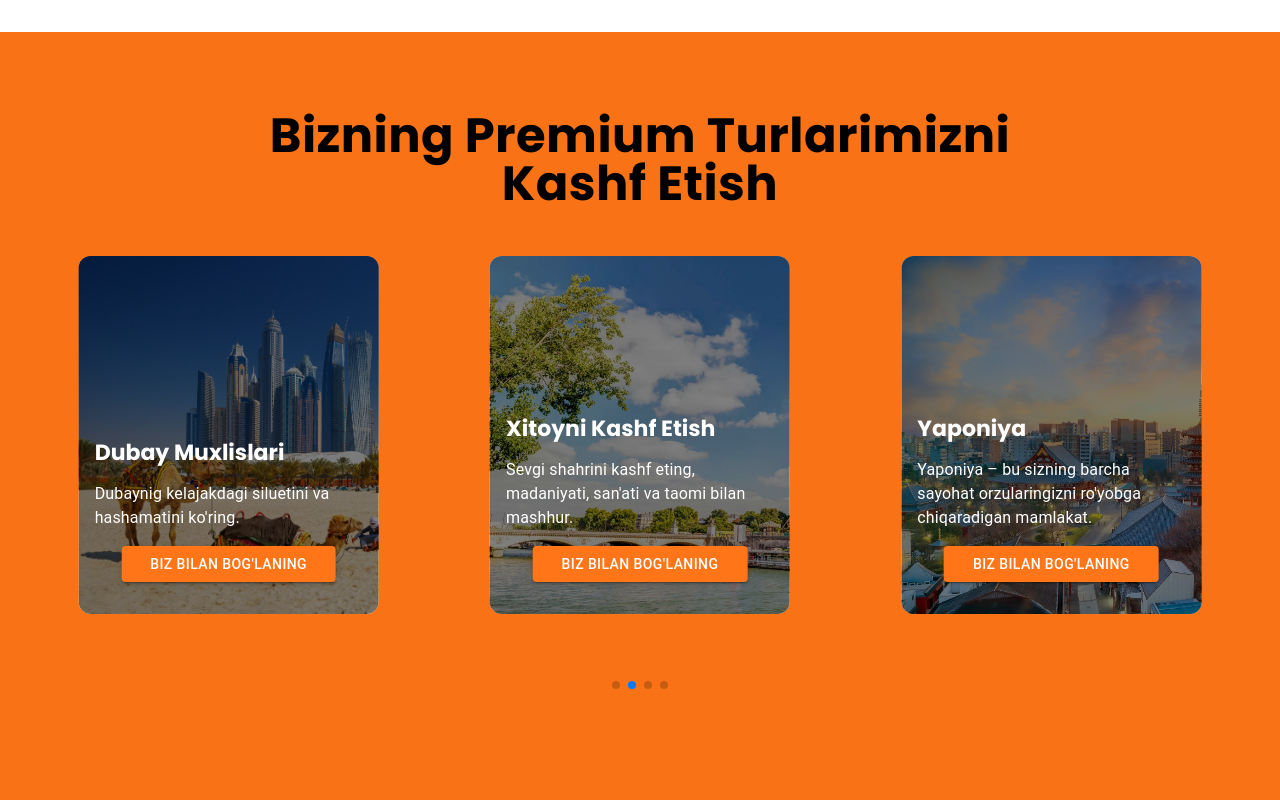
Repository: OgabekErkinov/i-am-tourist
Page: /
These files come from the project's save history. The page is drawn as it stood at one moment and after a run of saves; the edit follows.
The browser window is 1280 px wide. The pictures show the whole page.
The project was rebuilt for these pictures with package versions that can differ from the ones it lists, and the page was loaded fresh each time. Also part of the build but not shown: vite.config.js, src/components/navbar/LightDarkButton.jsx, src/I18/i18.js, src/components/navbar/languages/LanguageButton.jsx, src/components/navbar/NavbarItem.jsx, src/components/navbar/SocialNetworks.jsx, src/components/navbar/Logo.jsx, src/components/navbar/SectionsLinks.jsx and 7 more.

Above is the page before, as saved 2024-12-24 15:52:28.

### index.html
<!doctype html>
<html lang="en">
  <head>
    <meta charset="UTF-8" />
    <link rel="icon" type="image/svg+xml" href="https://www.ifly.com.uz/assets/logo-BPA5zOgc.png" />
    <meta name="viewport" content="width=device-width, initial-scale=1.0" />
    <link rel="preconnect" href="https://fonts.googleapis.com">
    <link rel="preconnect" href="https://fonts.gstatic.com" crossorigin>
    <link href="https://fonts.googleapis.com/css2?family=Poppins:ital,wght@0,100;0,200;0,300;0,400;0,500;0,600;0,700;0,800;0,900;1,100;1,200;1,300;1,400;1,500;1,600;1,700;1,800;1,900&display=swap" rel="stylesheet">
    <title>iFLY.com</title>
  </head>
  <body>
    <div id="root"></div>
    <script type="module" src="/src/main.jsx"></script>
  </body>
</html>

### src/index.css
/* Universal Reset */
* {
  margin: 0;
  padding: 0;
  box-sizing: border-box;
}


/* Root Container */
#root {
  max-width: 1900px;
  margin: 0 auto;
  display: flex;
  flex-direction: column;
  align-items: center;
  justify-content: center;
  font-family: 'Poppins';
  box-sizing: border-box;
}

### src/App.jsx
import { Stack } from "@mui/material"
import Header from "./components/header/Header"
import Main from "./components/main/Main"

function App() {


  return (
    <Stack width='100%'
           height='auto'
           alignItems='center'
           gap='1rem'>
        <Header/>
        <Main/>
    </Stack>



  )
}

export default App

### src/components/header/Header.jsx
import { Box, Stack } from '@mui/material';
import Navbar from '../navbar/Navbar';
import Slider from './Slider';
import React from 'react';
import Cards from '../cards/Cards';

const Header = () => {
  return (
    <Stack height="auto"
           width='100%'
           gap="2rem"
           marginBottom='1rem'
           boxSizing="border-box">
             <Stack width="100%"
                    height="auto"
                    alignItems='center'>
                         {/* <Box width="100%"
                              height="10vh"
                              bgcolor="transparent">
                        </Box> */}
                        {/* <Navbar /> */}
                        {/* <Slider /> */}
               </Stack>
               {/* <Cards /> */}
    </Stack>
  );
}

export default Header;

### src/components/main/Main.jsx
import { Stack } from '@mui/material'
import React from 'react'
import PremiumTours from '../premium/PremiumTours'
import TourPlaces from '../tourPlaces/TourPlaces'
import About from '../about/About'

const Main = () => {
  return (
    <Stack width={'100%'}
           height={'auto'}
           alignItems={'center'}
           gap='1rem'>
        <PremiumTours/>
        {/* <TourPlaces/> */}
        {/* <About/> */}

    </Stack>
  )
}

export default Main

### src/components/premium/PremiumTours.jsx
import React from 'react';
import { Stack, Typography, Box } from '@mui/material';
import 'swiper/css';
import 'swiper/css/effect-fade';
import 'swiper/css/pagination';
import 'swiper/css/autoplay';
import { Swiper, SwiperSlide } from 'swiper/react';
import { Navigation, Pagination, Scrollbar, Autoplay } from 'swiper/modules';
import { premiumToursServices } from '../../Database/db';
import PremiumItem from './PremiumItem';

const PremiumTours = () => {

  return (
    <Stack height={'auto'}
           width={'100%'}
           padding={'5rem 2rem'}
           bgcolor={'#F97316'}
           boxSizing={'border-box'} >
          <Stack height={'100%'}
                 width={'100%'}
                 justifyContent={'space-between'}
                 alignItems={'center'}
                 gap={'2rem'}>
              {/* Title */}
                <Typography fontFamily={'Poppins'}
                            width={'70%'}
                            fontSize={'48px'}
                            lineHeight={'48px'}
                            fontWeight={'bold'}
                            textAlign={'center'}
                            height={'auto'}
                            sx={{
                              '@media (max-width: 900px)': {
                               fontSize: '36px',
                               lineHeight: '40px',
                                },
                              '@media (max-width: 600px)': {
                                fontSize: '24px',
                                lineHeight: '28px',
                                },
                               }}>
                               Bizning Premium Turlarimizni Kashf Etish
                 </Typography>
            {/* Slider */}
                 <Box display={'flex'}
                      alignItems={'center'}
                      justifyContent={'center'}
                      height={'30rem'}
                      width={'100%'}
                      padding={'1rem'}>
                      <Swiper
                          modules={[Navigation, Pagination, Scrollbar, Autoplay]}
                          autoplay={{ delay: 2500, disableOnInteraction: false }}
                          navigation
                          pagination={{ clickable: false }}
                          scrollbar={{ draggable: true }}
                          loop={true}
                          style={{
                               width: '100%',
                               height: '100%',
                               display : 'flex',
                               justifyContent : 'center',
                               alignItems : 'center' }}
                          breakpoints={{
                               524: {
                                  slidesPerView: 1,
                                  spaceBetween: 10 },
                               765: {
                                  slidesPerView: 2,
                                  spaceBetween: 20 },
                              1200: {
                                  slidesPerView: 3,
                                  spaceBetween: 50 } }}>
                          {
                           premiumToursServices?.map((tour, idx) => {
                                  return (
                                         <SwiperSlide key={idx}>
                                                 <PremiumItem tour={tour} />
                                           </SwiperSlide>
                                          );  })
                           }
                       </Swiper>
                  </Box>
            </Stack>
    </Stack>
  );
};

export default PremiumTours;

### src/components/premium/PremiumItem.jsx
import { Box, Button, Stack, Typography } from '@mui/material';
import React from 'react';

const PremiumItem = ({ tour }) => {
  return (
    <Box height="80%"
         display="flex"
         justifyContent="center"
         alignItems="center"
         borderRadius="12px"
         overflow="hidden"
         position="relative"
         sx={{
             transition : '0.3s',
             backgroundImage: `url(${tour?.image})`,
             backgroundSize: 'cover',
             '@media(min-width : 300px)' : {
                         width : '300px',
                         marginX : 'auto'  },
             '@media(min-width : 524px)' : {
                         width : '300px' },
              '&:hover' : {
                transform : 'scale(1.1)',
                transition : '0.3s',
              } }} >
         <Stack height="100%"
                width="100%"
                padding="2rem 0"
                boxSizing="border-box"
                borderRadius="12px"
        alignItems="center"
        bgcolor="rgba(0, 0, 0, 0.5)"
        position="absolute"
        zIndex={1}
        sx={{
          '@media(min-width : 300px)' : {
            justifyContent : 'center',
            alignItems : 'center',
            paddingX : '1rem',
            gap : '1rem'
          },
          '@media(min-width : 524px)' : {
            justifyContent : 'flex-end',
            alignItems : 'start'
          }
        }}
        >
        <Typography
          variant="h3"
          sx={{
            fontWeight: 'bold',
            fontFamily: 'Poppins',
            color: 'white',
            textAlign: 'start',
            paddingRight: '10px',
            margin: 0,
            width: 'auto',

            '@media (min-width: 300px)': {
              fontSize: '18px',
            },

            '@media (min-width : 524px)' : {
              fontSize : '22px'
            }
          }}
        >
          {tour.title}
        </Typography>
        <Typography
          width="auto"
          sx={{
            color: 'white',
            textAlign: 'start',

            '@media (min-width: 300px)': {
              fontSize: '12px',
              height : 'auto',
              textAlign : 'center'
            },
            '@media (min-width : 524px)' : {
              fontSize : '16px',
              textAlign : 'start'
            }
          }}>
          {tour.paragraph}
        </Typography>
        <Button
          variant="contained"
          sx={{
            color: 'white',
            backgroundColor: '#FF7518',
            width : '80%',
            margin : '0 auto'
          }}>
          Biz bilan bog'laning
        </Button>
      </Stack>
    </Box>
  );
};

export default PremiumItem;

Loaded but not shown: src/main.jsx (common file); src/Database/db.js (216 lines, source omitted)

After the next 2 saves:
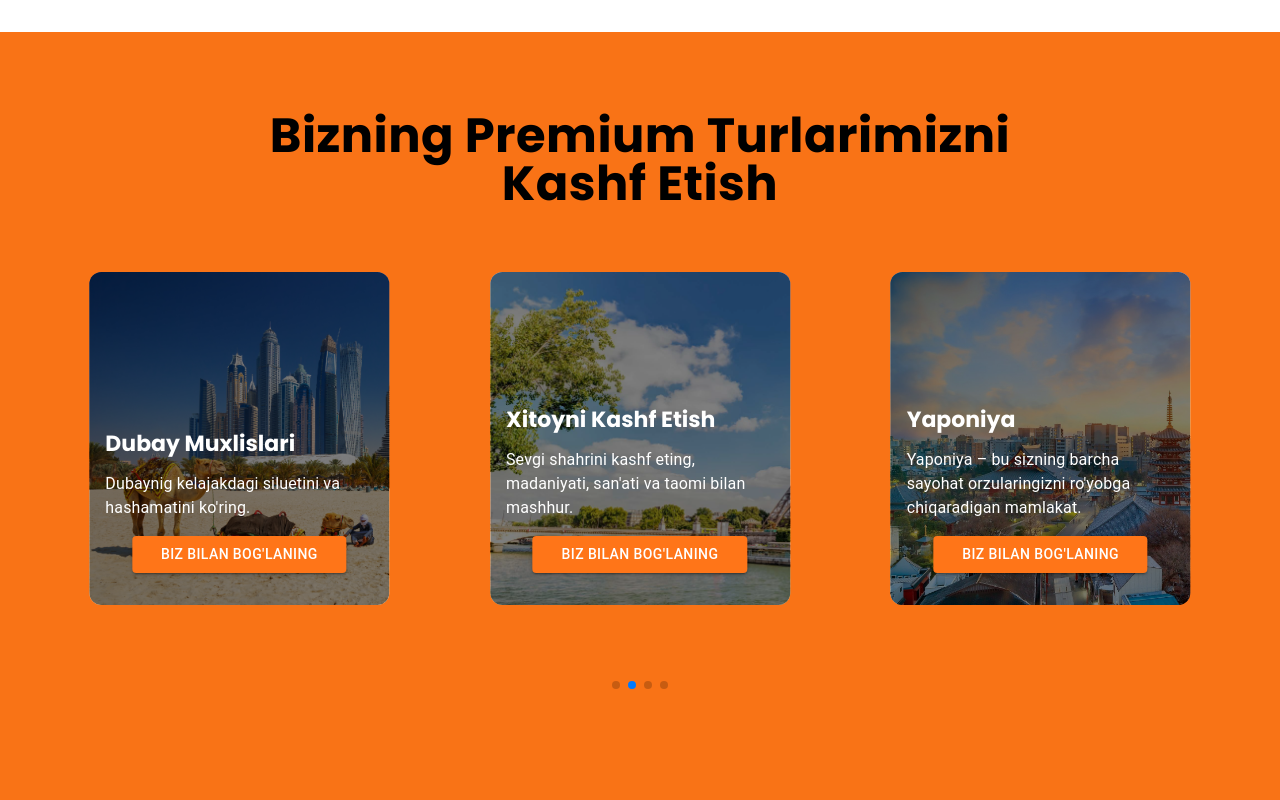
The 2 saves are shown as one change because they came seconds apart.
The last was saved 25 s later.
--- a/src/components/premium/PremiumTours.jsx
+++ b/src/components/premium/PremiumTours.jsx
@@ -59,6 +59,7 @@ const PremiumTours = () => {
                           style={{
                                width: '100%',
                                height: '100%',
+                               padding : '1rem',
                                display : 'flex',
                                justifyContent : 'center',
                                alignItems : 'center' }}

After the save that followed:
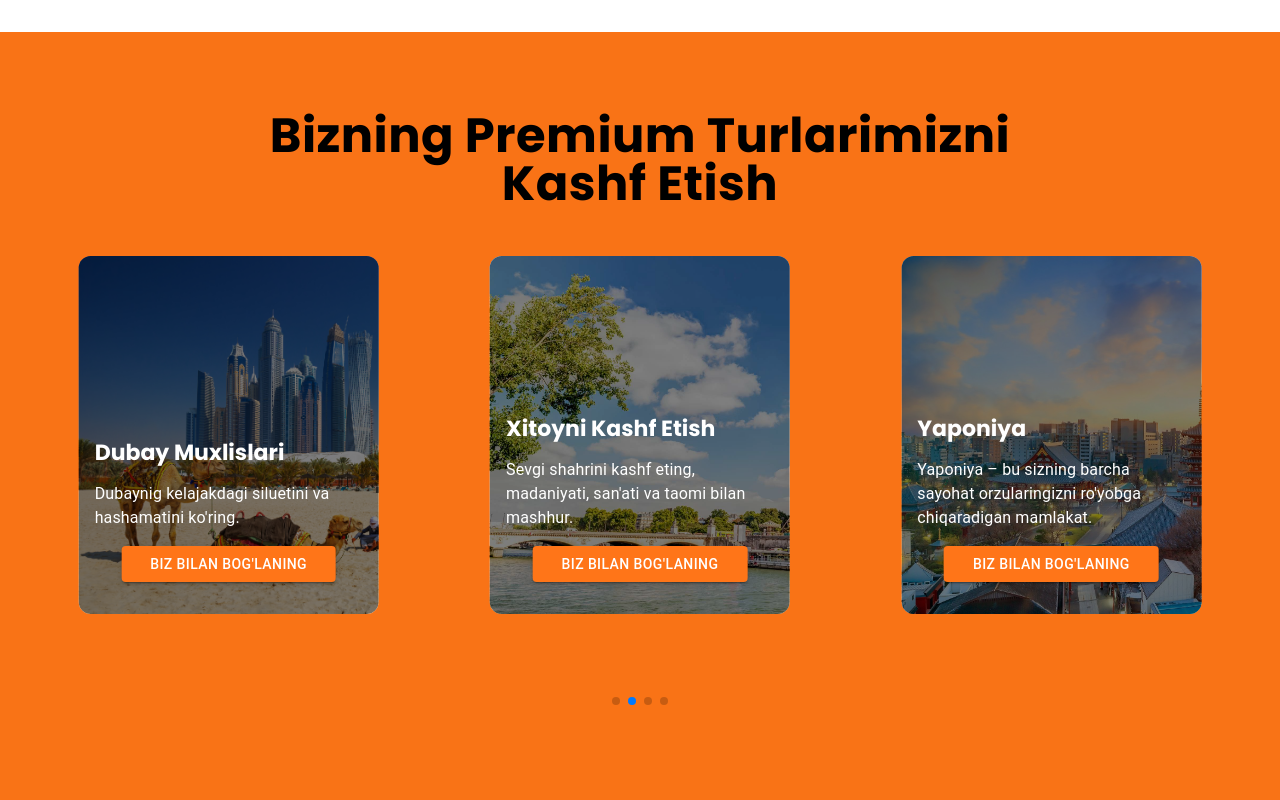
Saved 5 s later.
--- a/src/components/premium/PremiumTours.jsx
+++ b/src/components/premium/PremiumTours.jsx
@@ -47,8 +47,7 @@ const PremiumTours = () => {
                       alignItems={'center'}
                       justifyContent={'center'}
                       height={'30rem'}
-                      width={'100%'}
-                      padding={'1rem'}>
+                      width={'100%'}>
                       <Swiper
                           modules={[Navigation, Pagination, Scrollbar, Autoplay]}
                           autoplay={{ delay: 2500, disableOnInteraction: false }}
